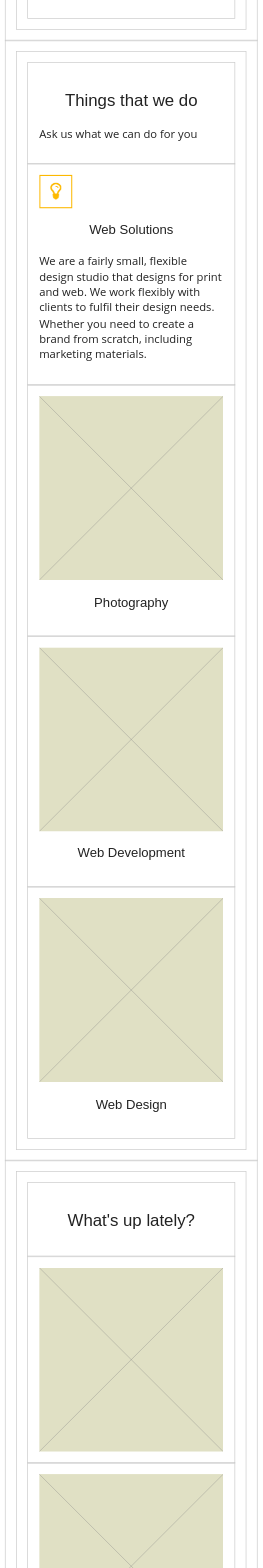
Repository: lpcmendoza/LAB02BF_Group9
Page: index.html
These files come from the project's save history. The page is drawn as it stood at one moment and after the next save; the edit follows.
The browser window is 375 px wide. The pictures show the part of the page from y = 977 to 3217 px (the page is 7022 px tall before and 7053 px after), at 70% of full size.

Above is the page before, as saved 2024-02-11 21:16:01.

After the next save:
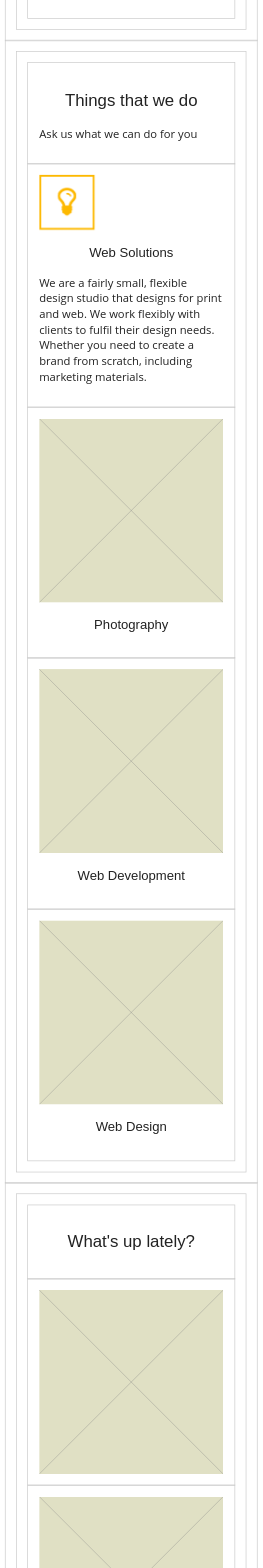
Saved 38 s later.
--- a/css/style.css
+++ b/css/style.css
@@ -178,8 +178,8 @@
   }
 
   .icons {
-      max-width: 3em;
-      max-height: 3em;
+      max-width: 5em;
+      max-height: 5em;
   }
 
   .what-we-do-container {
